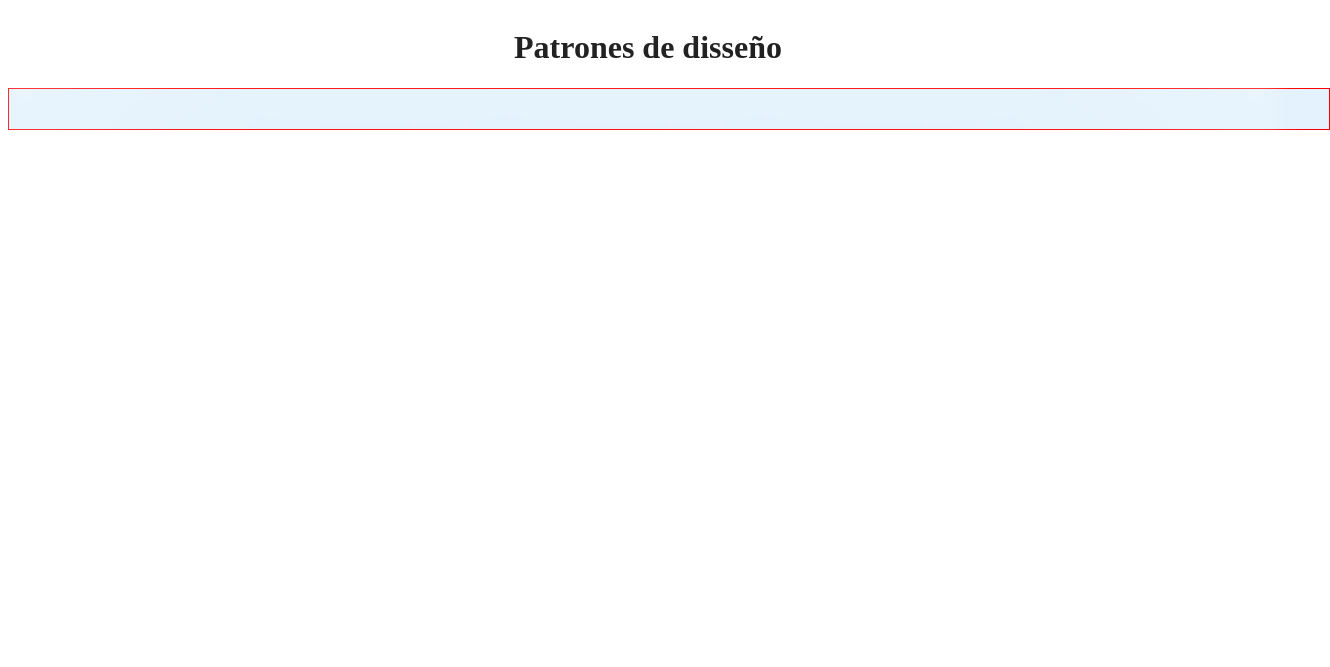
Repository: nrsWebs/design-pattern-es
Page: index.html
These files come from the project's save history. The page is drawn as it stood at one moment and after a run of saves; the edit follows.
The browser window is 1280 px wide. The page is 1330 px wide, then 1328 px, so the pictures cover 1330 px, including what lies to the right of the window. The pictures show the whole page.

Above is the page before, as saved 2021-02-06 18:09:34.

After the next 2 saves:
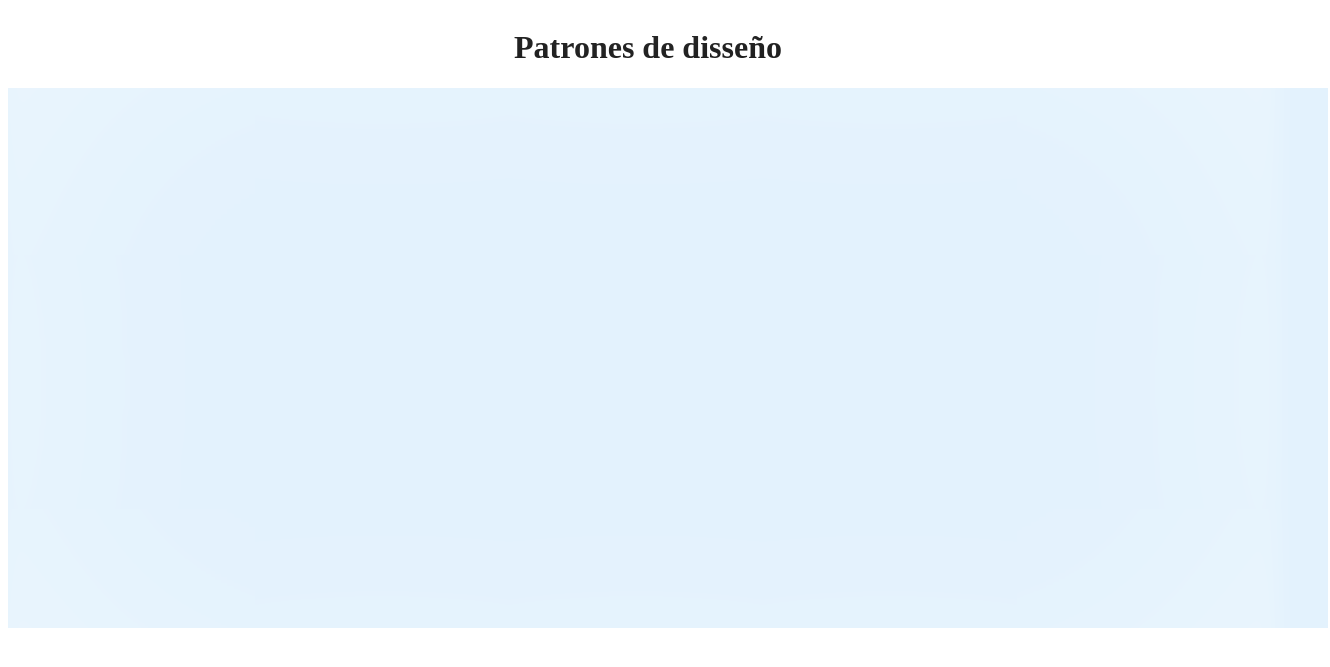
The 2 saves are shown as one change because they came seconds apart.
The last was saved 23 s later.
--- a/source/main.css
+++ b/source/main.css
@@ -25,7 +25,7 @@ h1{
     justify-content: space-around;
     width: 100%;
     padding: 20px;
-    border: 1px solid red;
+    height: 500px;
 }
 /* GLASS EFFECT */
 .glass{
